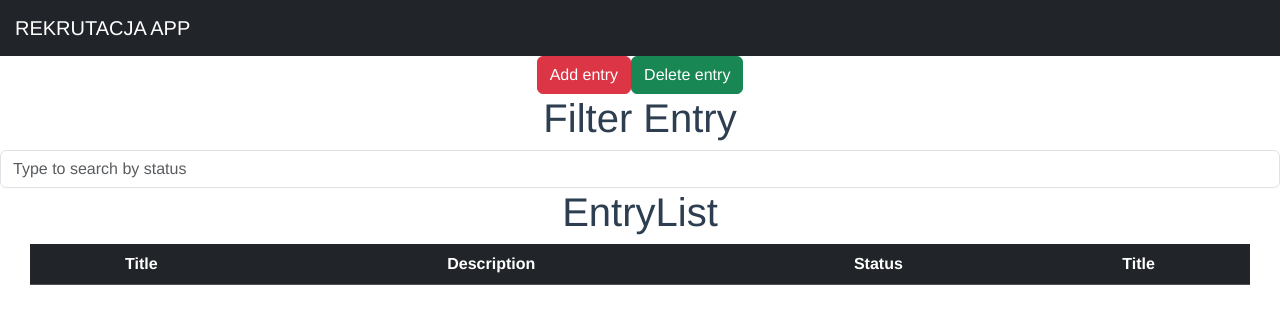
Repository: Madaless/vue_elastic
Page: / (app in vuejsapp/crudapp/)
The author's editor kept a copy of each file at every save. The page is drawn from the files as they stood at one save, then again after the next save.
The browser window is 1280 px wide. The pictures show the whole page.
The page's requests for data from a server got no answer. The project was rebuilt for these pictures with package versions that can differ from the ones it lists, and the page was loaded fresh each time. No one was signed in, and anything a server would have sent is missing.

Above is the page before, as saved 2021-09-12 13:26:38.

### vuejsapp/crudapp/src/main.js
import Vue from 'vue'
import App from './App.vue'
import store from  './store/index'
import { BootstrapVue, IconsPlugin } from 'bootstrap-vue'

// Import Bootstrap an BootstrapVue CSS files (order is important)
import 'bootstrap/dist/css/bootstrap.css'
import 'bootstrap-vue/dist/bootstrap-vue.css'

// Make BootstrapVue available throughout your project
Vue.use(BootstrapVue)
// Optionally install the BootstrapVue icon components plugin
Vue.use(IconsPlugin)

Vue.config.productionTip = false

new Vue({
  store,
  render: h => h(App),
}).$mount('#app')

### vuejsapp/crudapp/src/App.vue
<template>
  <div id="app">
    <b-navbar class="navbar navbar-expand navbar-dark bg-dark">
      <b-navbar-brand id ="header" href="#">REKRUTACJA APP</b-navbar-brand>
    </b-navbar>
    <AddEntry />
    <FilterEntry />
    <EntryList />
  </div>
</template>

<script>
import AddEntry from "./components/AddEntry.vue";
import FilterEntry from "./components/FilterEntry.vue";
import EntryList from "./components/EntryList.vue";

export default {
  name: "App",
  components: {
    AddEntry,
    FilterEntry,
    EntryList,
  },
};
</script>

<style>
#app {
  font-family: Avenir, Helvetica, Arial, sans-serif;
  -webkit-font-smoothing: antialiased;
  -moz-osx-font-smoothing: grayscale;
  text-align: center;
  color: #2c3e50;
}
#header {
  padding-left: 15px;
}
</style>

### vuejsapp/crudapp/src/store/index.js
import Vuex from 'vuex';
import Vue from 'vue';
import entryList from './modules/entryList';

Vue.use(Vuex);

export default new Vuex.Store({
    modules: {
        entryList
    }
})

### vuejsapp/crudapp/src/components/AddEntry.vue
<template>
  <div>
    <b-button variant="danger">Add entry</b-button>
    <b-button variant="success">Delete entry</b-button>
  </div>
</template>

<script>
export default {
  setup() {},
};
</script>

<style scoped>
</style>

### vuejsapp/crudapp/src/components/FilterEntry.vue
<template>
  <div>
    <h1>Filter Entry</h1>
    <b-form-input
      id="filter-input"
      v-model="filter"
      type="search"
      placeholder="Type to search by status"
    ></b-form-input>
  </div>
</template>

<script>
export default {
  setup() {},
};
</script>

<style scoped>
</style>

### vuejsapp/crudapp/src/components/EntryList.vue
<template>
  <div id="entryList">
    <h1>EntryList</h1>

    <div class="todos">
      <table class="table table-striped table-dark">
        <thead>
          <tr>
            <th>Title</th>
            <th>Description</th>
            <th>Status</th>
            <th>Title</th>
          </tr>
        </thead>
        <tbody>
          <tr v-for="entry in entryList" v-bind:key="entry.key">

              <td>{{ entry.title }}</td>
            </tr>

        </tbody>
      </table>
    </div>
  </div>
</template>

<script>
import { mapGetters, mapActions } from "vuex";

export default {
  name: "EntryList",
  methods: {
    ...mapActions(["fetchEntryList"]),
  },
  computed: mapGetters(["entryList"]),
  created() {
    this.fetchEntryList();
  },
};
</script>

<style scoped>
#entryList {
  padding-left: 30px;
  padding-right: 30px;
}
</style>

### vuejsapp/crudapp/src/store/modules/entryList.js
import axios from 'axios';

const state = {
  entryList: []
};
// get the state
const getters = {
  entryList: (state) => {
    return state.entryList
  }
};

const actions = {
    // fetch from api
  async fetchEntryList({ commit }) {
    const response = await axios.get('https://jsonplaceholder.typicode.com/todos');

    commit('setEntryList', response.data);
  }
}

const mutations = {
    setEntryList: (state, entryList) => (state.entryList = entryList)
};

export default {
    state,
    getters,
    actions,
    mutations
};

Loaded but not shown: vuejsapp/crudapp/public/index.html (common file)

After the next save:
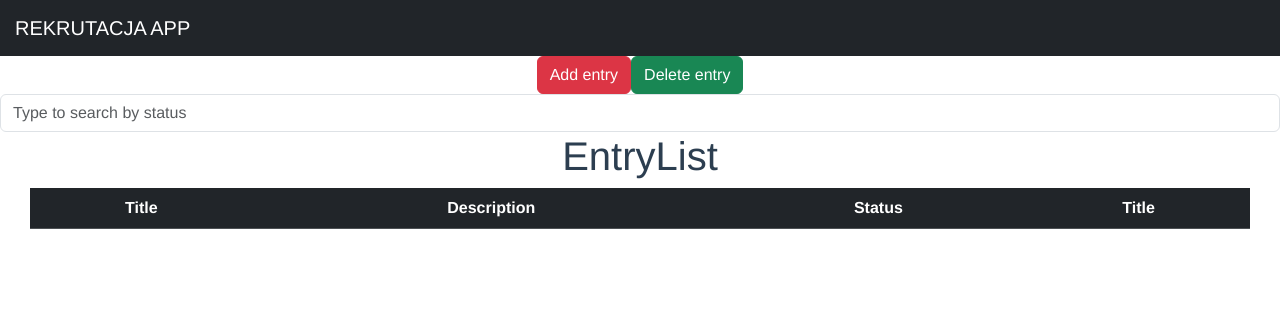
Saved 18 s later.
--- a/vuejsapp/crudapp/src/components/FilterEntry.vue
+++ b/vuejsapp/crudapp/src/components/FilterEntry.vue
@@ -1,6 +1,5 @@
 <template>
   <div>
-    <h1>Filter Entry</h1>
     <b-form-input
       id="filter-input"
       v-model="filter"
